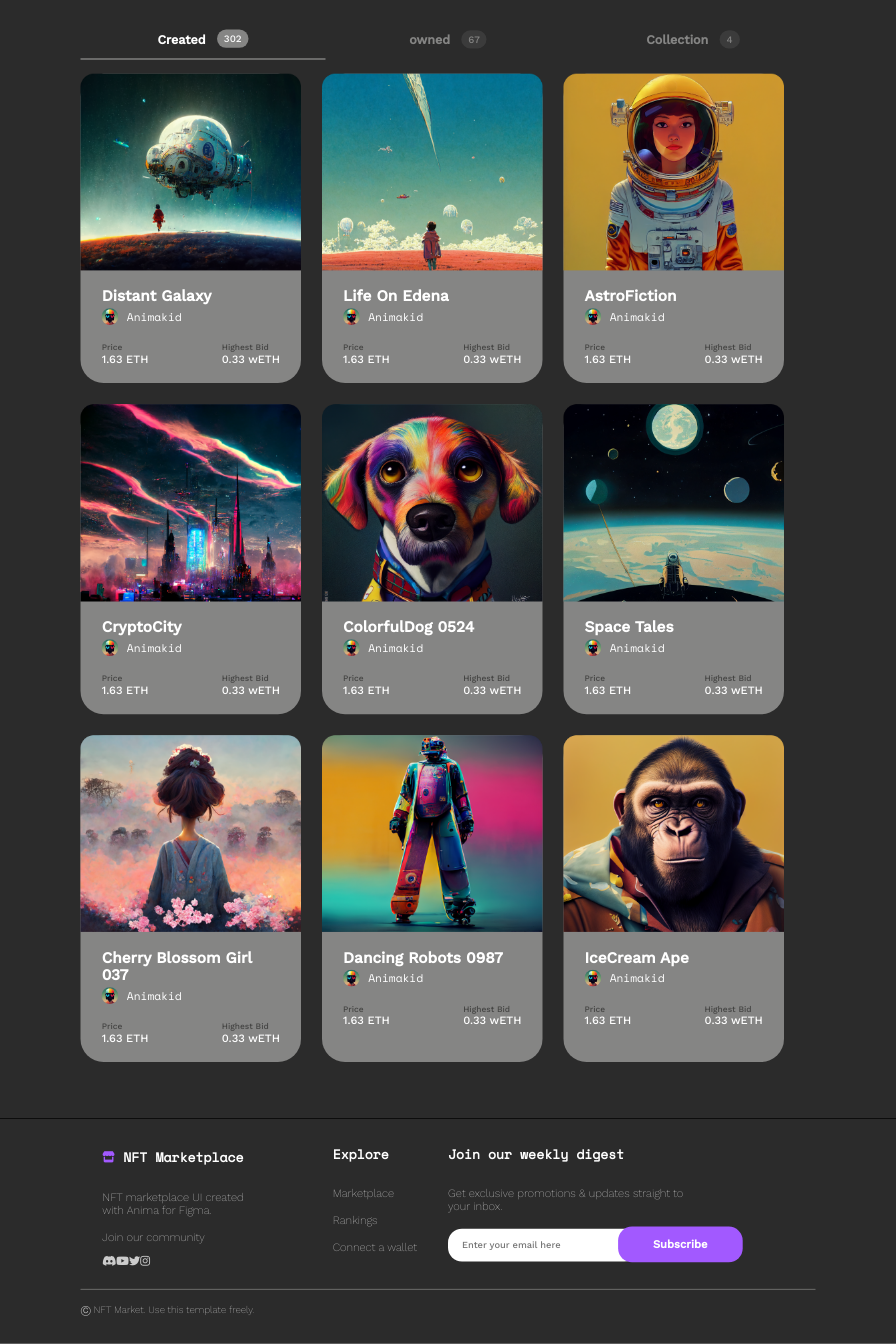
Repository: levananh202ht/NFT_Marketplace
Page: index.html
The author's editor kept a copy of each file at every save. The page is drawn from the files as they stood at one save, then again after the next save.
The browser window is 1280 px wide. The pictures show the part of the page from y = 845 to 2765 px (the page is 2765 px tall), at 70% of full size.

Above is the page before, as saved 2023-12-11 02:33:19.

### index.html
<!DOCTYPE html>
<html lang="en">
<head>
    <meta charset="UTF-8">
    <meta name="viewport" content="width=device-width, initial-scale=1.0">
    <link rel="stylesheet" href="index.css">
    <link rel="stylesheet" href="responsive.css">
    <link rel="stylesheet" href="https://cdnjs.cloudflare.com/ajax/libs/font-awesome/6.5.1/css/all.min.css" integrity="sha512-DTOQO9RWCH3ppGqcWaEA1BIZOC6xxalwEsw9c2QQeAIftl+Vegovlnee1c9QX4TctnWMn13TZye+giMm8e2LwA==" crossorigin="anonymous" referrerpolicy="no-referrer" />
    <title>Document</title>
</head>
<body>
    <div class="nft_container">
        <!-- header -->
        <div class="nft_header">

            <div class="nft_header-left">
                <i class="fa-solid fa-store"></i>
                <h3>NFT Marketplace</h3>
            </div>

            <ul class="nft_header-right">
                <li class="nft_header-right-item">Marketplace</li>
                <li class="nft_header-right-item">Rankings</li>
                <li class="nft_header-right-item">Connect a wallet</li>
                <li class="nft_header-right-item">
                    <div>
                        <i class="fa-regular fa-user"></i>
                        <p>Sign Up</p>
                    </div>
                </li>
            </ul>

            <i class="icon-bar-responsive fa-solid fa-bars-staggered"></i>

        </div>
        <!-- profileImage -->
        <div class="nft_profileImage">
            <img src="./assets/images/Avatar Placeholder.png" alt="">
        </div>
        <!-- userInfo -->
        <div class="nft_userInfo">

            <div class="nft_userInfo-top">

                <h2>Animakid</h2>
                <div class="nft_userInfo-top-button">
                    <button>
                        <i class="fa-regular fa-copy"></i>
                        <p>0xc0E3...B79C</p>
                    </button>
                    <button>
                        <i class="fa-solid fa-plus"></i>
                        <p>Follow</p>
                    </button>
                </div>

            </div>

            <div class="nft_userInfo-bottom">

                <div class="nft_userInfo-bottom-param">

                    <div>
                        <p class="param">250k+</p>
                        <p class="text">Volume</p>
                    </div>

                    <div>
                        <p class="param">50+</p>
                        <p class="text">NFTs Sold</p>
                    </div>

                    <div>
                        <p class="param">3000+</p>
                        <p class="text">Followers</p>
                    </div>

                </div>

                <div class="nft_userInfo-bottom-bio">

                    <h5>Bio</h5>
                    <p>The internet's friendliest designer kid.</p>

                </div>

                <div class="nft_userInfo-bottom-links">

                    <h5>Links</h5>
                    <ul>
                        <li>
                            <a href="">
                                <i class="fa-solid fa-globe"></i>
                            </a>
                        </li>
                        <li>
                            <a href="https://discord.com/">
                                <i class="fa-brands fa-discord"></i>
                            </a>
                        </li>
                        <li>
                            <a href="https://www.youtube.com/">
                                <i class="fa-brands fa-youtube"></i>
                            </a>
                        </li>
                        <li>
                            <a href="https://twitter.com/">
                                <i class="fa-brands fa-twitter"></i>
                            </a>
                        </li>
                        <li>
                            <a href="https://www.instagram.com/">
                                <i class="fa-brands fa-instagram"></i>
                            </a>
                        </li>
                    </ul>

                </div>

            </div>

        </div>
        <!-- tab -->
        <div class="nft_tab">

            <div class="nft_tab-1">
                <h5>Created</h5>
                <p>302</p>
            </div>
            <div class="nft_tab-2">
                <h5>owned</h5>
                <p>67</p>
            </div>
            <div class="nft_tab-3">
                <h5>Collection</h5>
                <p>4</p>
            </div>

        </div>
        <!-- cardSection -->
        <div class="nft_cardSection">

            <div class="nft_cardSection-item">

                <img class="nft_cardSection-item-img" src="./assets/images/Image Placeholder (1).png" alt="Image Placeholder">

                <div class="nft_cardSection-item-info">

                    <h5>Distant Galaxy</h5>
                    <div >
                        <img src="./assets/images/Avatar Placeholder.png" alt="Avatar">
                        <p>Animakid</p>
                    </div>
                    <div >
                        <span>
                            <p>Price</p>
                            <p>1.63 ETH</p>
                        </span>
                        <span>
                            <p>Highest Bid</p>
                            <p>0.33 wETH</p>
                        </span>
                    </div>

                </div>

            </div>
            <div class="nft_cardSection-item">

                <img class="nft_cardSection-item-img" src="./assets/images/Image Placeholder (2).png" alt="Image Placeholder">

                <div class="nft_cardSection-item-info">

                    <h5>Life On Edena</h5>
                    <div >
                        <img src="./assets/images/Avatar Placeholder.png" alt="Avatar">
                        <p>Animakid</p>
                    </div>
                    <div >
                        <span>
                            <p>Price</p>
                            <p>1.63 ETH</p>
                        </span>
                        <span>
                            <p>Highest Bid</p>
                            <p>0.33 wETH</p>
                        </span>
                    </div>

                </div>

            </div>
            <div class="nft_cardSection-item">

                <img class="nft_cardSection-item-img" src="./assets/images/Image Placeholder (3).png" alt="Image Placeholder">

                <div class="nft_cardSection-item-info">

                    <h5>AstroFiction</h5>
                    <div >
                        <img src="./assets/images/Avatar Placeholder.png" alt="Avatar">
                        <p>Animakid</p>
                    </div>
                    <div >
                        <span>
                            <p>Price</p>
                            <p>1.63 ETH</p>
                        </span>
                        <span>
                            <p>Highest Bid</p>
                            <p>0.33 wETH</p>
                        </span>
                    </div>

                </div>

            </div>

            <div class="nft_cardSection-item">

                <img class="nft_cardSection-item-img" src="./assets/images/Image Placeholder (4).png" alt="Image Placeholder">

                <div class="nft_cardSection-item-info">

                    <h5>CryptoCity</h5>
                    <div >
                        <img src="./assets/images/Avatar Placeholder.png" alt="Avatar">
                        <p>Animakid</p>
                    </div>
                    <div >
                        <span>
                            <p>Price</p>
                            <p>1.63 ETH</p>
                        </span>
                        <span>
                            <p>Highest Bid</p>
                            <p>0.33 wETH</p>
                        </span>
                    </div>

                </div>

            </div>
            <div class="nft_cardSection-item">

                <img class="nft_cardSection-item-img" src="./assets/images/Image Placeholder (5).png" alt="Image Placeholder">

                <div class="nft_cardSection-item-info">

                    <h5>ColorfulDog 0524</h5>
                    <div >
                        <img src="./assets/images/Avatar Placeholder.png" alt="Avatar">
                        <p>Animakid</p>
                    </div>
                    <div >
                        <span>
                            <p>Price</p>
                            <p>1.63 ETH</p>
                        </span>
                        <span>
                            <p>Highest Bid</p>
                            <p>0.33 wETH</p>
                        </span>
                    </div>

                </div>

            </div>
            <div class="nft_cardSection-item">

                <img class="nft_cardSection-item-img" src="./assets/images/Image Placeholder (6).png" alt="Image Placeholder">

                <div class="nft_cardSection-item-info">

                    <h5>Space Tales</h5>
                    <div >
                        <img src="./assets/images/Avatar Placeholder.png" alt="Avatar">
                        <p>Animakid</p>
                    </div>
                    <div >
                        <span>
                            <p>Price</p>
                            <p>1.63 ETH</p>
                        </span>
                        <span>
                            <p>Highest Bid</p>
                            <p>0.33 wETH</p>
                        </span>
                    </div>

                </div>

            </div>

            <div class="nft_cardSection-item">

                <img class="nft_cardSection-item-img" src="./assets/images/Image Placeholder (7).png" alt="Image Placeholder">

                <div class="nft_cardSection-item-info">

                    <h5>Cherry Blossom Girl 037</h5>
                    <div >
                        <img src="./assets/images/Avatar Placeholder.png" alt="Avatar">
                        <p>Animakid</p>
                    </div>
                    <div >
                        <span>
                            <p>Price</p>
                            <p>1.63 ETH</p>
                        </span>
                        <span>
                            <p>Highest Bid</p>
                            <p>0.33 wETH</p>
                        </span>
                    </div>

                </div>

            </div>
            <div class="nft_cardSection-item">

                <img class="nft_cardSection-item-img" src="./assets/images/Image Placeholder (8).png" alt="Image Placeholder">

                <div class="nft_cardSection-item-info">

                    <h5>Dancing Robots 0987</h5>
                    <div >
                        <img src="./assets/images/Avatar Placeholder.png" alt="Avatar">
                        <p>Animakid</p>
                    </div>
                    <div >
                        <span>
                            <p>Price</p>
                            <p>1.63 ETH</p>
                        </span>
                        <span>
                            <p>Highest Bid</p>
                            <p>0.33 wETH</p>
                        </span>
                    </div>

                </div>

            </div>
            <div class="nft_cardSection-item">

                <img class="nft_cardSection-item-img" src="./assets/images/Image Placeholder (9).png" alt="Image Placeholder">

                <div class="nft_cardSection-item-info">

                    <h5>IceCream Ape </h5>
                    <div >
                        <img src="./assets/images/Avatar Placeholder.png" alt="Avatar">
                        <p>Animakid</p>
                    </div>
                    <div >
                        <span>
                            <p>Price</p>
                            <p>1.63 ETH</p>
                        </span>
                        <span>
                            <p>Highest Bid</p>
                            <p>0.33 wETH</p>
                        </span>
                    </div>

                </div>

            </div>

        </div>
        <!-- footer -->
        <div class="nft_footer">
            <div class="nft_footer-info">

                <div class="nft_footer-info-item1">

                    <div>
                        <i class="fa-solid fa-store"></i>
                        <h3>NFT Marketplace</h3>
                    </div>
                    <p>NFT marketplace UI created with Anima for Figma.</p>
                    <p>Join our community</p>
                    <ul>
                        <li>
                            <a href="https://discord.com/">
                                <i class="fa-brands fa-discord"></i>
                            </a>
                        </li>
                        <li>
                            <a href="https://www.youtube.com/">
                                <i class="fa-brands fa-youtube"></i>
                            </a>
                        </li>
                        <li>
                            <a href="https://twitter.com/">
                                <i class="fa-brands fa-twitter"></i>
                            </a>
                        </li>
                        <li>
                            <a href="https://www.instagram.com/">
                                <i class="fa-brands fa-instagram"></i>
                            </a>
                        </li>
                    </ul>

                </div>
                <div class="nft_footer-info-item2">
                    <h3>Explore</h3>
                    <p>Marketplace</p>
                    <p>Rankings</p>
                    <p>Connect a wallet</p>
                </div>
                <div class="nft_footer-info-item3">
                    <h3>Join our weekly digest</h3>
                    <p>Get exclusive promotions & updates straight to your inbox.</p>
                    <div>
                        <input type="text" placeholder="Enter your email here">
                        <button>Subscribe</button>
                    </div>
                </div>

            </div>


            <p class="nft_footer-copy">Ⓒ NFT Market. Use this template freely.</p>
        </div>

    </div>
</body>
</html>

### index.css
@import url('https://fonts.googleapis.com/css2?family=Work+Sans:ital,wght@0,200;0,500;1,200;1,500&display=swap');
@import url('https://fonts.googleapis.com/css2?family=Space+Mono:ital@0;1&display=swap');

* {
    margin: 0;
    padding: 0;
    box-sizing: border-box;
    font-family: 'Work Sans', sans-serif;
}
.nft_container {
    background: #2B2B2B;
}
    /* CSS header */
.nft_header {
    background: #2B2B2B;
    display: flex;
    justify-content: space-between;
    color: #F5F5F5;
    padding: 20px 50px;
}

.nft_header .nft_header-left {
    display: flex;
    align-items: center;
}
.nft_header .nft_header-left i {
    color: #A259FF;
}
.nft_header .nft_header-left h3 {
    margin-left: 12px;
}

.nft_header .nft_header-right {
    display: flex;
    list-style:  none;
    align-items: center;

}

.nft_header .nft_header-right .nft_header-right-item {
    margin-left: 20px;
    font-size: 16px;
}

.nft_header .nft_header-right .nft_header-right-item:last-child div {
    padding: 24px 30px;
    display: flex;
    border-radius: 20px;
    background: #A259FF;
}

.nft_header .nft_header-right .nft_header-right-item:last-child div i {
    font-size: 20px;
}

.nft_header .nft_header-right .nft_header-right-item:last-child div p {
    margin-left: 12px;
    font-size: 16px;
}
.nft_header .icon-bar-responsive {
    display: none;
}
    /* CSS profileImage */
.nft_profileImage {
    width: 100%;
    height: 320px;
    background-image: url("./assets/images/Image PlaceHolder.png");
    position: relative;

}

.nft_profileImage img {
    left: 9%;
    position: absolute;
    bottom: -50px;
}
    /* CSS userInfo */
.nft_userInfo {
    margin-top: 50px;
    padding: 40px 9%;
    background: #2B2B2B;
    color: #fff;
}
.nft_userInfo .nft_userInfo-top{
    display: flex;
    justify-content: space-between;
    margin-bottom: 30px;
}
.nft_userInfo .nft_userInfo-top h2 {
    font-size:3.3vw;
    color: white;
}
.nft_userInfo .nft_userInfo-top .nft_userInfo-top-button {
    display: flex;
}
.nft_userInfo .nft_userInfo-top .nft_userInfo-top-button button:nth-child(1) {
    background: #A259FF;
    color: white;
    padding: 24px 50px;
    display: flex;
    border: none;
    border-radius: 20px;
    align-items: center;
}
.nft_userInfo .nft_userInfo-top .nft_userInfo-top-button button:nth-child(1) i {
    margin-right: 12px;
}
.nft_userInfo .nft_userInfo-top .nft_userInfo-top-button button:nth-child(2) {
    margin-left: 20px;
    display: flex;
    align-items: center;
    background: #2B2B2B;
    color: white;
    border: 1px solid #A259FF;
    border-radius: 20px;
    padding: 24px 30px;
}
.nft_userInfo .nft_userInfo-top .nft_userInfo-top-button button:nth-child(2) i {
    margin-right: 12px;
    color: #A259FF;
}

.nft_userInfo .nft_userInfo-bottom {

}
.nft_userInfo .nft_userInfo-bottom .nft_userInfo-bottom-param {
    display: flex;
    justify-content: space-between;
    width: 40%;
}
.nft_userInfo .nft_userInfo-bottom .nft_userInfo-bottom-param div p.param {
    font-size: 1.8vw;
}
.nft_userInfo .nft_userInfo-bottom .nft_userInfo-bottom-param div p.text {
    font-size: 1.4vw;
    font-weight: 300;
}
.nft_userInfo .nft_userInfo-bottom .nft_userInfo-bottom-bio {
    margin-top: 30px;
    margin-bottom: 30px;
}
.nft_userInfo .nft_userInfo-bottom .nft_userInfo-bottom-bio h5 {
    font-size: 1.4vw;
    font-weight: 300;
    margin-bottom: 10px;
}
.nft_userInfo .nft_userInfo-bottom .nft_userInfo-bottom-bio p {
    font-size: 1.4vw;
}
.nft_userInfo .nft_userInfo-bottom .nft_userInfo-bottom-links h5 {
    font-size: 1.4vw;
    font-weight: 300;
    margin-bottom: 10px;
}
.nft_userInfo .nft_userInfo-bottom .nft_userInfo-bottom-links ul {
    display: flex;
    list-style: none;
}
.nft_userInfo .nft_userInfo-bottom .nft_userInfo-bottom-links ul li a {
    margin-right: 10px;
    color: #858584;
}
    /* CSS tab */
.nft_tab{
    display: flex;
    padding: 10px 9%;
    justify-content: space-between;
    color: #858584;
}
.nft_tab .nft_tab-1,
.nft_tab .nft_tab-2,
.nft_tab .nft_tab-3{
    display: flex;
    align-items: center;
    width: 33.33%;
    justify-content: center;
}
.nft_tab h5 {
    margin-right: 16px;
    font-size: 1.4vw;
}
.nft_tab p{
    font-size: 1.1vw;
    padding: 5px 10px;
    background-color: #3B3B3B;
    border-radius: 20px;
}
.nft_tab .nft_tab-1 {
    color: #fff;
    border-bottom: 2px solid #858584;
    padding: 15px 0;
}
.nft_tab .nft_tab-1 p {
    background-color: #858584;
}
    /* CSS cardSection */
.nft_cardSection {
    display: grid;
    grid-template-columns: 30% 30% 30%; /* tạo 3 cột  */
    padding: 10px 9%;
    column-gap: 30px; /* cách cột  */
    row-gap: 30px;  /* cách dòng  */
    padding-bottom: 80px;
}
.nft_cardSection .nft_cardSection-item {
    background: #858584;
    border-radius: 33px;
}
.nft_cardSection .nft_cardSection-item .nft_cardSection-item-img {
    width: 100%;
}
.nft_cardSection .nft_cardSection-item .nft_cardSection-item-info {
    padding: 20px 30px 25px;
    color: #fff;
}
.nft_cardSection .nft_cardSection-item .nft_cardSection-item-info  h5 {
    font-size: 22px;
    font-weight: 600;
    margin-bottom: 5px;
}
.nft_cardSection .nft_cardSection-item .nft_cardSection-item-info div:nth-child(2) {
    display: flex;
    margin-bottom: 25px;
    align-items: center;
}
.nft_cardSection .nft_cardSection-item .nft_cardSection-item-info div:nth-child(2) img {
    width: 24px;
    height: 24px;
    margin-right: 12px;
    border-radius: 50%;
}
.nft_cardSection .nft_cardSection-item .nft_cardSection-item-info div:nth-child(2) p {
    font-size: 16px;
    font-style: normal;
    font-family: 'Space Mono', monospace;
    font-weight: 400;
}
.nft_cardSection .nft_cardSection-item .nft_cardSection-item-info div:nth-child(3) {
    display: flex;
    justify-content: space-between;
    font-family: 'Space Mono', monospace;
}
.nft_cardSection .nft_cardSection-item .nft_cardSection-item-info div:nth-child(3) span p:nth-child(1) {
    font-size: 12px;
    font-style: normal;
    font-weight: 400;
    color: #444443;
}
.nft_cardSection .nft_cardSection-item .nft_cardSection-item-info div:nth-child(3) span p:nth-child(2) {
    font-size: 16px;
    font-style: normal;
    font-weight: 400;
}
    /* CSS footer */
.nft_footer {
    padding: 40px 9%;
    border-top: 1px solid #000;
}
.nft_footer .nft_footer-info {
    display: flex;
    justify-content: space-between;
    padding: 0 31px 30px;
    border-bottom: 1px solid #858584;
    margin-bottom: 20px;
}
.nft_footer .nft_footer-info .nft_footer-info-item1 {
    flex: 2;
}
.nft_footer .nft_footer-info .nft_footer-info-item1 div {
    display: flex;
    align-items: center;
    margin-bottom: 33.6px;
}
.nft_footer .nft_footer-info .nft_footer-info-item1 div i {
    color: #A259FF;
    margin-right: 12px;
}
.nft_footer .nft_footer-info .nft_footer-info-item1 div h3 {
    color: #fff;
    font-family: 'Space Mono', monospace;
}
.nft_footer .nft_footer-info .nft_footer-info-item1 p {
    color: #CCC;
    font-size: 16px;
    font-weight: 200;
    width: 65%;
}
.nft_footer .nft_footer-info .nft_footer-info-item1 p:nth-child(2){
    margin-bottom: 20px;
}
.nft_footer .nft_footer-info .nft_footer-info-item1 p:nth-child(3){
    margin-bottom: 15px;
}
.nft_footer .nft_footer-info .nft_footer-info-item1  ul {
    display: flex;
    list-style: none;
}
.nft_footer .nft_footer-info .nft_footer-info-item1  ul li a {
    color: #ccc;
}
.nft_footer .nft_footer-info .nft_footer-info-item2 {
    color: #CCC;
    flex: 1;
}
.nft_footer .nft_footer-info .nft_footer-info-item2 h3 {
    font-style: normal;
    font-family: 'Space Mono', monospace;
    font-weight: 700;
    color: #fff;
    line-height: 22px;
    padding-bottom: 33.6px;
}
.nft_footer .nft_footer-info .nft_footer-info-item2  p {
    font-family: Work Sans;
    font-size: 16px;
    font-style: normal;
    font-weight: 200;
    padding-bottom: 20px;
}
.nft_footer .nft_footer-info .nft_footer-info-item3 {
    flex: 3;
}
.nft_footer .nft_footer-info .nft_footer-info-item3 h3 {
    font-style: normal;
    font-family: 'Space Mono', monospace;
    font-weight: 700;
    color: #fff;
    line-height: 22px;
    padding-bottom: 33.6px;
}
.nft_footer .nft_footer-info .nft_footer-info-item3 p {
    color: #CCC;
    font-family: Work Sans;
    font-size: 16px;
    font-style: normal;
    font-weight: 200;
    padding-bottom: 20px;
    width: 70%;
}
.nft_footer .nft_footer-info .nft_footer-info-item3 div input {
    padding: 16px 20px;
    border-radius: 20px;
    border: none;
    width: 55%;
}
.nft_footer .nft_footer-info .nft_footer-info-item3 div input:focus {
    outline: none;
    /* **** */
}
.nft_footer .nft_footer-info .nft_footer-info-item3 div button {
    padding: 16px 50px;
    border-radius: 20px;
    color: #FFF;
    background: #A259FF;
    text-align: center;
    font-family: Work Sans;
    font-size: 16px;
    font-style: normal;
    font-weight: 600;
    border: none;
    margin-left: -34px;
}
.nft_footer .nft_footer-copy {
    color: #CCC;
    font-family: Work Sans;
    font-size: 14px;
    font-style: normal;
    font-weight: 200;
}

Loaded but not shown: responsive.css (104 lines, source omitted)

After the next save:
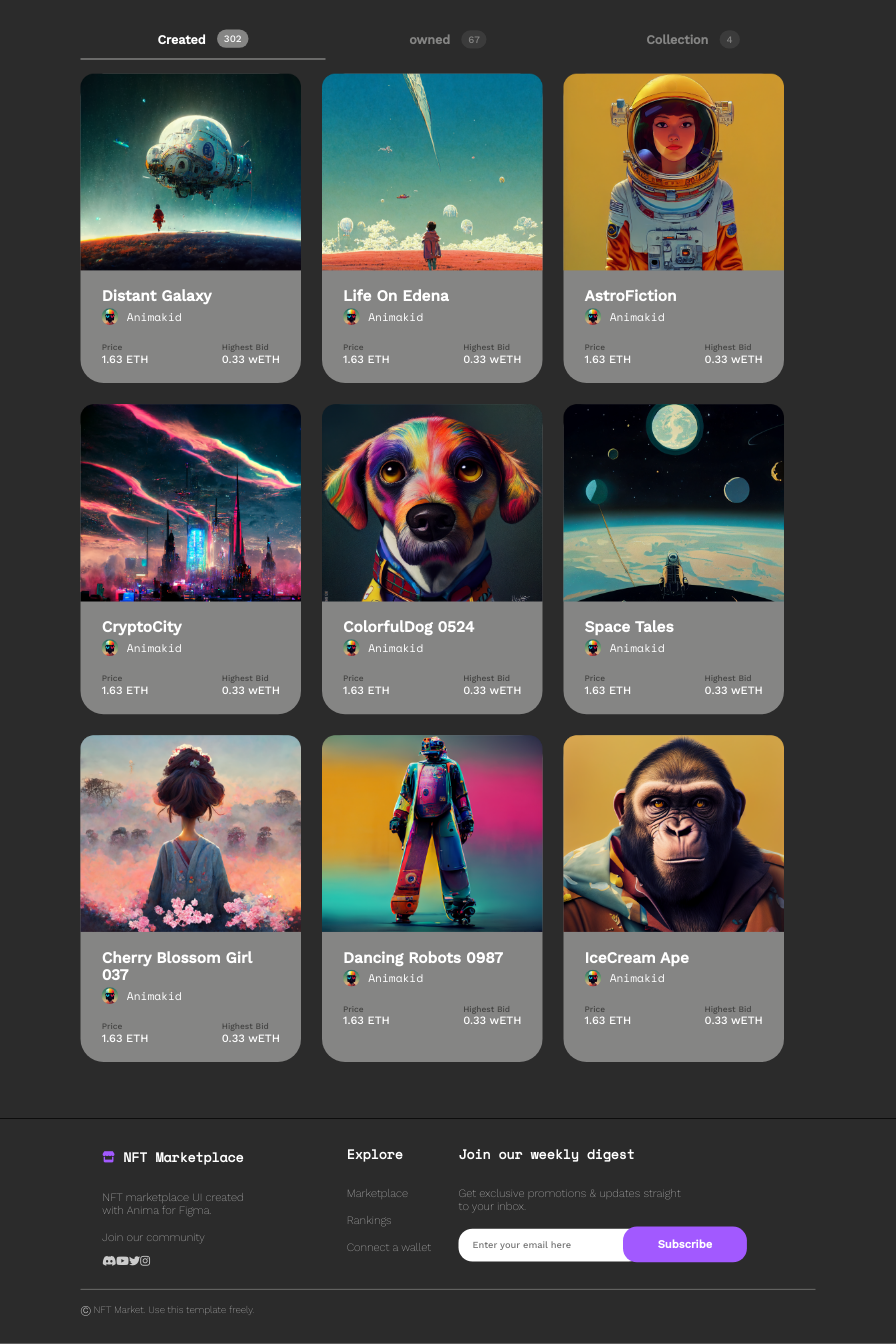
Saved 33 s later.
--- a/index.css
+++ b/index.css
@@ -301,6 +301,7 @@
 .nft_footer .nft_footer-info .nft_footer-info-item2 {
     color: #CCC;
     flex: 1;
+    padding-left: 30px;
 }
 .nft_footer .nft_footer-info .nft_footer-info-item2 h3 {
     font-style: normal;
